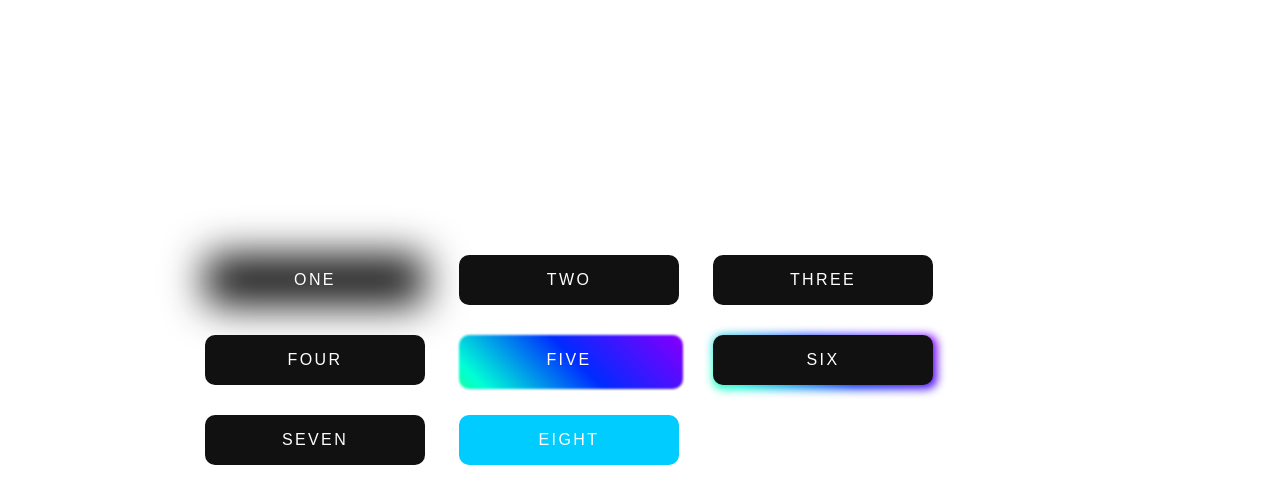
Repository: DanyalNajeeb/dns-button
Page: index.html
An editor plug-in stored every save of this project. The page is shown before and after the next save, followed by the edit.
The browser window is 1280 px wide. The pictures show the whole page.

Above is the page before, as saved 2021-01-11 16:17:05.

### index.html
<html lang="en">
<head>
    <meta charset="UTF-8">
    <meta name="viewport" content="width=device-width, initial-scale=1.0">
    <meta http-equiv="X-UA-Compatible" content="ie=edge">
    <link rel="stylesheet" href="css/style.css">
    <link rel="stylesheet" href="css/dns-button.css">
</head>
<body>

  <div class="row container">
        <button class="dns-button blurIt "> ONE</button>
        <button class="dns-button blurItHover"> TWO</button>
        <button class="dns-button zoomInBlur"> THREE</button>
        <button class="dns-button zoomInBack"> FOUR</button>
        <button class="dns-button rainbow"> FIVE</button>
        <button class="dns-button rainbowBorder"> SIX</button>
        <button class="dns-button glowOnHover"> SEVEN</button>
        <button class="dns-button slideIn"> EIGHT</button>



  </div>




    <script src="js/dns-button.js"></script>
</body>
</html>

### css/style.css
.container{
    width: 900px;
    position: absolute;
    top: 50%;
    left: 50%;
    transform: translate(-50%,-50%);


}
button{
    width: 220px;
    height: 50px;
    border: none;
    outline: none;
    color: #fff;
    background: #111;
    cursor: pointer;
    position: relative;
    z-index: 0;
    margin: 15px;
    text-transform: uppercase;
    font-size: 1rem;
    letter-spacing: .15rem;
}

### css/dns-button.css

.dns-button{
    background:none;
    border: none;
    outline: none;
}
.dns-button:before{
    content: '';
    background: #111;
    border-radius: 10px;
    width: 100%;
    height: 100%;
    position: absolute;
    z-index: -1;
    top: 0;
    left: 0;
}
.dns-button.blurItHover::before{
    transition: 0.3s;
}
.dns-button.blurItHover:hover:before{

    filter: blur(10px);
}
.dns-button.blurItHover:hover{
    filter: blur(1px);
}

.dns-button.blurIt:before{
    filter: blur(20px);
}
/* .zoomInBack:hover::before{
    background: linear-gradient(to right, white,green,black);

} */
.dns-button.zoomInBlur::before{
    transition: 0.3s;
}
/* .dns-button.zoomInBlur:hover{
    filter: blur(1px);
} */
.dns-button.zoomInBlur:hover::before{
    animation: zoom-in-blur 0.5s;
    filter: blur(20px);
    transform: scaleY(1);
    /* filter: blur(30px); */
}
.dns-button.zoomInBack:hover{
    animation: zoom-in-back 0.5s;

}

.dns-button.rainbow:before{
    background: linear-gradient(45deg, #ff0000, #ff7300, #fffb00, #48ff00, #00ffd5, #002bff, #7a00ff, #ff00c8, #ff0000);
    background-size: 400%;
    z-index: -1;
    filter: blur(1px);
    /* opacity: 0; */
    width: calc(100% + 4px);
    height: calc(100% + 4px);
    animation: glowing 20s linear infinite;
    /* transition: opacity .3s ease-in-out; */
}
.dns-button.rainbow:active {
    color: #000

}
.dns-button.rainbowBorder:before{
    background: linear-gradient(45deg, #ff0000, #ff7300, #fffb00, #48ff00, #00ffd5, #002bff, #7a00ff, #ff00c8, #ff0000);
        background-size: 400%;
        z-index: -1;
        filter: blur(5px);
        /* opacity: 0; */
        width: calc(100% + 4px);
        height: calc(100% + 4px);
        animation: glowing 20s linear infinite;
}
.dns-button.rainbowBorder:after {
    z-index: -1;
    content: '';
    position: absolute;
    width: 100%;
    height: 100%;
    background: #111;
    left: 0;
    top: 0;
    border-radius: 10px;
}
.dns-button.glowOnHover:before {
        background: linear-gradient(45deg, #ff0000, #ff7300, #fffb00, #48ff00, #00ffd5, #002bff, #7a00ff, #ff00c8, #ff0000);
        background-size: 400%;
        z-index: -1;
        filter: blur(5px);
        opacity: 0;
        width: calc(100% + 4px);
        height: calc(100% + 4px);
        animation: glowing 20s linear infinite;
        transition: opacity .3s ease-in-out;
}
.dns-button.glowOnHover:active {
    color: #000
}
.dns-button.glowOnHover:active:after {
    background: transparent;
}
.dns-button.glowOnHover:hover:before {
    opacity: 1;
}
.dns-button.glowOnHover:after {
    z-index: -1;
    content: '';
    position: absolute;
    width: 100%;
    height: 100%;
    background: #111;
    left: 0;
    top: 0;
    border-radius: 10px;
}

.dns-button.slideIn{
    display: inline-block;
  transition: all .3s;
}
.dns-button.slideIn::after{
    content: '';
    position: absolute;
    bottom: 0;
    left: 0;
    width: 100%;
    height: 100%;
    background-color: #0cf;
    border-radius: 10px;
    z-index: -2;
}
.dns-button.slideIn:before{
    content: '';
    position: absolute;
    bottom: 0;
    left: 0;
    width: 0%;
    height: 100%;
    background-color: darken(#0cf, 15%);
    transition: all .3s;
    z-index: -1;
}
.dns-button.slideIn:hover{
    color: #fff;

}
.dns-button.slideIn:hover::before{
    width: 100%;
}
@keyframes glowing {
    0% { background-position: 0 0; }
    50% { background-position: 400% 0; }
    100% { background-position: 0 0; }
}
@keyframes zoom-in-blur{
    0%{
        transform: scaleY(1);

    }
     60%{
        transform: scaleY(1.5);
    }
    80%{
        transform: scaleY(0.9);
        filter: blur(20px);
    }
     100%{
        transform: scaleY(1);
        filter: blur(20px);
     }
}
@keyframes zoom-in-back{
    0%{
        transform: scale(1);
    }
     60%{
        transform: scale(1.5);
    }
    80%{
        transform: scale(0.9);
    }
     100%{
        transform: scale(1);
    }
}

Loaded but not shown: js/dns-button.js (no stored copy; drawn as an empty file)

After the next save:
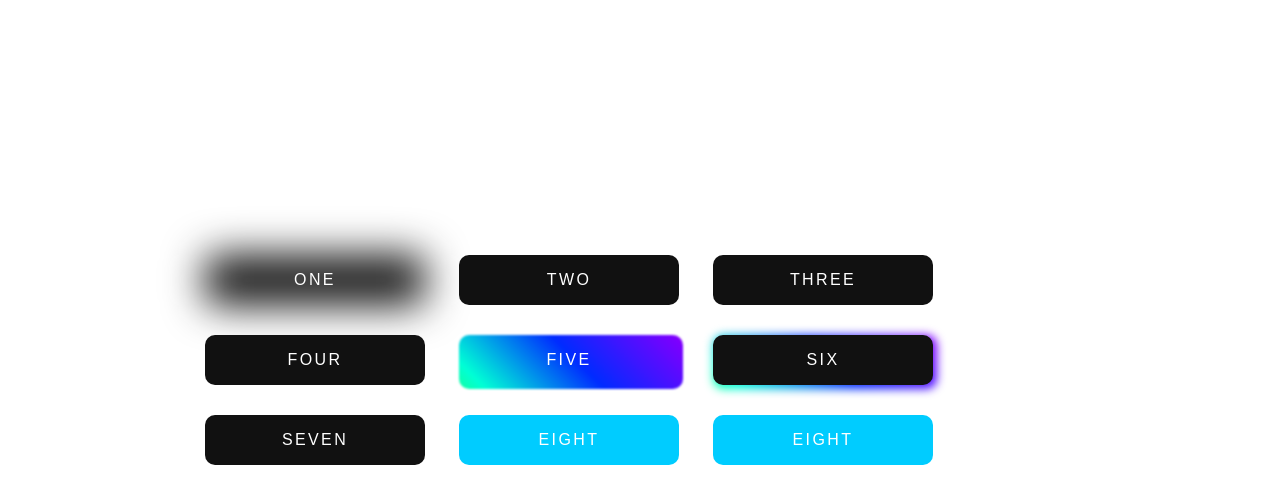
Saved 111 min 37 s later.
--- a/index.html
+++ b/index.html
@@ -17,6 +17,8 @@
         <button class="dns-button rainbowBorder"> SIX</button>
         <button class="dns-button glowOnHover"> SEVEN</button>
         <button class="dns-button slideIn"> EIGHT</button>
+        <button class="dns-button slideIn"> EIGHT</button>
+
 
 
 
